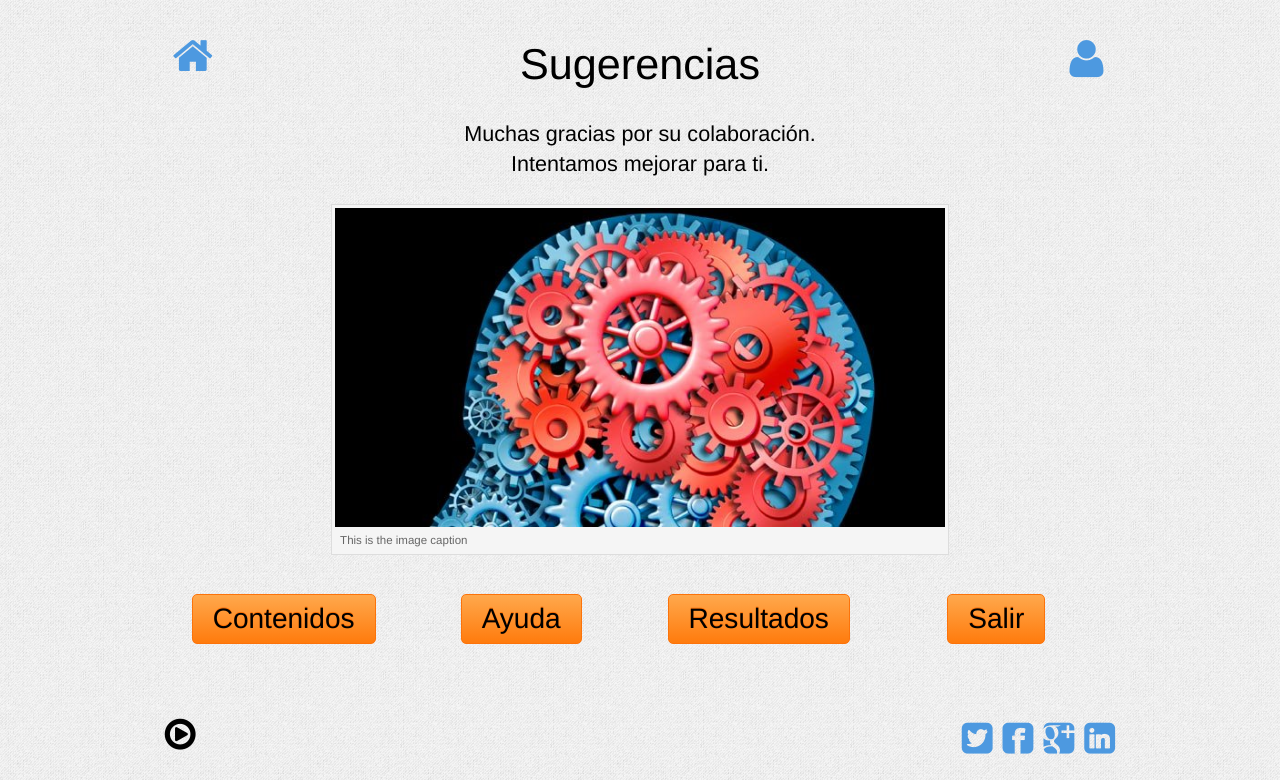
Repository: SCeruso/RememberMe
Page: enviosugerencia.html
The author's editor kept a record of every edit. The page is drawn from the files as they stood at one moment, then again after the next edit.
The browser window is 1280 px wide. The pictures show the whole page.
Some web libraries are served in a nearby version.

Above is the page before.

### enviosugerencia.html
<!DOCTYPE html>
<html>
<head>
	<!-- META -->
	<title>HTML KickStart Elements</title>
	<meta charset="UTF-8">
	<meta name="viewport" content="width=device-width, initial-scale=1.0"/>
	<meta name="description" content="" />

	<!-- CSS -->
	<link rel="stylesheet" type="text/css" href="css/kickstart.css" media="all" />
	<link rel="stylesheet" type="text/css" href="style.css" media="all" />

	<!-- Javascript -->
	<script type="text/javascript" src="https://ajax.googleapis.com/ajax/libs/jquery/1.9.1/jquery.min.js"></script>
	<script type="text/javascript" src="js/kickstart.js"></script>
</head>
<body>
	<a name ="contenido.html#inicio">
	<div class="grid">
	<div class="col_12">
        <div class="col_2">
        <h2 class="left">
                <a href="juegosde.html">
                    <i class="icon-home pull-left"></i>
                </a>
        </div>
        </h2>
        <div class="col_8">
        <h2 class="center">
               <p>Sugerencias</p>
        </h2></div>
        <h2>
        		<a href = "perfil.html">
               <i class="icon-user icon-border pull-right" title="Mi perfil"></i>
		</a>
		</h2>
		<br>
    </div>


	<h5 class="center">
			Muchas gracias por su colaboración.
			<br />
			Intentamos mejorar para ti.
			<br />
	</h5>

	<div class="col_12">
	    <div class="col_2"></div>
	    <div class="col_8">
	    <img class="caption" title="This is the image caption" src="imagenes/cerebro3.jpg" width="50" height="50" />
	    </div>
	</div>
	<div class="col_12">
        <div class="col_3">
            <h5 style="margin-bottom:40px;" class="center">
                <a class="large button orange" href="contenido.html"><font color="black">Contenidos</font></a>
            </h5>
        </div>
        <div class="col_3">
            <h5 style="margin-bottom:40px;" class="center">
                <a class="large button orange" href="registrarse.html"><font color="black">Ayuda</font></a>
            </h5>
        </div>
        <div class="col_3">
            <h5 style="margin-bottom:40px;" class="center">
                <a class="large button orange" href="registrarse.html"><font color="black">Resultados</font></a>
            </h5>
        </div>
        <div class="col_3">
            <h5 style="margin-bottom:40px;" class="center">
                <a class="large button orange" href="bienvenido.html"><font color="black">Salir</font></a>
            </h5>
        </div>
    </div>
	<div class="col_12">
        <h3 class="right">
            <a href = "http://www.twitter.com" target = "blank"><i class="icon-twitter-sign"></i></a>
            <a href = "http://www.facebook.com" target = "blank"><i class="icon-facebook-sign"></i></a>
            <a href = "http://www.google.com" target = "blank"><i class="icon-google-plus-sign"></i></a>
            <a href = "http://www.linkedin.com" target = "blank"><i class="icon-linkedin-sign"></i></a>
            <i class=" icon-play-circle pull-left"></i>
        </h3>
    </div>
</body>

### style.css
/*
	99Lime.com HTML KickStart by Joshua Gatcke
	style.css

*/

/*---------------------------------
	IMPORTS
-----------------------------------*/
@import url(http://fonts.googleapis.com/css?family=Arimo:400,700);

/*---------------------------------
	OVERRIDES
-----------------------------------*/
h1,h2,h3,h4,h5,h6{
font-family: "Arimo", arial, verdana, sans-serif;
font-weight:normal;
}

thead th,
tbody th{
font-family: "Arimo", arial, verdana, sans-serif;
}

button,
a.btn,
input[type="submit"],
input[type="reset"],
input[type="button"]{
font-family: "Arimo", arial, verdana, sans-serif;
}

.menu{
font-family: "Arimo", arial, verdana, sans-serif;
}

blockquote{
font-family: "Arimo", arial, verdana, sans-serif;
}

/*---------------------------------
	LAYOUT
-----------------------------------*/
body{
margin:0;
padding:0 0 0 0;
color:#000;
/*background-repeat:repeat;*/
background:#efefef url(css/img/gray_jean.png);
/*background-size:cover;*/
/*background-image:url(css/img/gray_jean.png);*/
font:normal 0.9em/150% 'Arimo', arial, verdana, sans-serif;
text-shadow: 0 0 1px transparent; /* google font pixelation fix */
}

#wrap{
width:100%;
background:#fff;
margin:30px auto 30px auto;
padding:0 2%;
border:1px solid #ccc;
}


#footer{
text-align:center;
padding:20px;
margin:0;
border-top:1px solid #ddd;
color:#999;
font-size:0.8em;
text-shadow:0px 1px 1px #fff;
position: relative;
top:0;
left:0;
background:#fff;
}

	#link-top{
	display:none;
	}

/* NAV BAR*/
.navbar{
position:fixed;
top:0;
left:0;
width: 100%;
background:#000;
color:#fff;
z-index:1000;
}

	.navbar #logo{
	position:absolute;
	top:0;
	right:0;
	padding:0.5em 1em;
	font-size: 1.7em;
	color:#efefef;
	text-decoration:none;
	}

	.navbar span{
	color:#86dc00;
	}


	.navbar ul{
	display:inline-block;
	margin:0;
	padding:0;
	}

		.navbar li{
		margin:0;
		padding:0;
		list-style-type:0;
		display:inline-block;
		}

		.navbar li a{
		display:inline-block;
		color:#efefef;
		padding:1em 1.3em;
		text-decoration:none;
		text-transform: uppercase;
		line-height:100%;
		font-size: 1.2em;
		}

.callout{
background:#4598ef;/*#86dc00;*/
padding:3em 0;
color:#fff;
box-shadow:inset 0 0 10px rgba(0,0,0,0.2);
text-align: center;
text-shadow:0px 1px 3px rgba(0,0,0,0.2);
display:block;
}
	.callout + div.grid{margin-top:50px;}
	 a.callout{cursor:pointer;}
	 .callout i.icon-4x{font-size:6em;}
	 .callout h4{margin-bottom:30px;}
	 .callout-top{margin:50px 0 0 0;}
	 .callout p{margin-bottom:0;}
	 .callout .button{margin-top:10px;}
	 .callout.green{background:#19ad0b;/*#86dc00;*/}

#mc_embed_signup{
padding:30px 0;
}

#ui-preview{
border:5px solid #ddd;
margin:30px 0;
display:block;
}

### css/kickstart-forms.css
/*---------------------------------
	FORMS
-----------------------------------*/
form{
padding:0;
margin:0;
}

fieldset{
margin:30px 0 20px 0;
padding:5px 15px 15px 15px;
border:1px solid #ccc;
background:#f5f5f5;
-moz-border-radius:5px;
-webkit-border-radius:5px;
border-radius:5px;
position: relative;
top:0;
left:0;
}

	legend{
	-moz-border-radius:5px;
	-webkit-border-radius:5px;
	border-radius:5px;
	border:1px solid #ccc;
	background:#f5f5f5;
	padding:2px 10px;
	margin:0 0 0 0;
	display:block;
	position: relative;
	top:0;
	left:0;
	}

	/*IE ONLY - I know, this is a stop gap*/
	.msie fieldset{padding-top:25px;}
	.msie legend{position:absolute;top:-0.7em;left:10px;}

label{
display:inline-block;
*display:inline;
vertical-align: middle;
margin:0;
padding:0;
position:relative;
top:0;
left:0;
zoom:1;
-moz-box-sizing: border-box;
-webkit-box-sizing: border-box;
box-sizing: border-box;
}

	label.inline{
	display:inline;
	margin:0;
	}

	label span{
	color:#999;
	font-size:0.9em;
	}

	label span.right{
	position:absolute;
	bottom:0;
	right:0;
	text-align:right;
	display:inline-block;
	*display:inline;
	}

	label.disabled{
	color:#ccc;
	}

input{
display:inline-block;
*display:inline;
vertical-align: middle;
width:auto;
zoom:1;
margin:0;
border:1px solid #ccc;
font-size:1em;
padding:5px 0;
text-indent: 5px;
-moz-border-radius:5px;
-webkit-border-radius:5px;
border-radius:5px;
background:#fff;
-moz-box-shadow:inset 0 0 6px #ccc;
-webkit-box-shadow:inset 0 1px 6px #ccc;
box-shadow:inset 0 1px 6px #ccc;
-moz-box-sizing: border-box;
-webkit-box-sizing: border-box;
box-sizing: border-box;
}

	input::-webkit-input-placeholder,
	input:-moz-placeholder,
	.placeholder{
	color:#bbb;
	}

	input::-moz-focus-inner {border:0;}

	input[disabled="disabled"], input.disabled{
	color:#999;
	background:#f5f5f5;
	-moz-box-shadow:inset 0 0 2px #ddd;
	-webkit-box-shadow:inset 0 1px 2px #ddd;
	box-shadow:inset 0 1px 2px #ddd;
	}

	/* FOCUS STATES */
	input[type="text"]:focus,
	textarea:focus,
	button:focus,
	a.button:focus,
	select:focus,
	input[type="file"]:focus,
	input[type="password"]:focus{
	-webkit-box-shadow: 0 0 7px #6DB9FF;
	-moz-box-shadow   : 0 0 7px #6DB9FF;
	box-shadow        : 0 0 7px #6DB9FF;
	border: 1px solid #50B1FE;
	outline: none;
	}

	/* TRANSITION */
	input[type="text"],
	textarea,
	button,
	a.button,
	a,
	input[type="file"]{
	-moz-transition: -moz-box-shadow 0.5s, border 0.5s, background 0.5s;
	-webkit-transition: -webkit-box-shadow 0.5s, border 0.5s, background 0.5s;
	-o-transition:  box-shadow 0.5s, border 0.5s, background 0.5s;
	transition: box-shadow 0.5s, border 0.5s, background 0.5s;
	}

input.checkbox,
input[type="checkbox"]{
display:inline;
width:auto;
margin:0;
padding:0;
border:0;
background:none;
vertical-align:center;
*vertical-align: top;
}

input.radio,
input[type="radio"]{
display:inline;
width:auto;
margin:0;
padding:0;
border:0;
background:none;
vertical-align:center;
*vertical-align: top;
}

	input[type="radio"]:focus,
	input[ type="checkbox"]:focus{
	-webkit-box-shadow: 0 0 5px #6DB9FF;
	-moz-box-shadow   : 0 0 5px #6DB9FF;
	box-shadow        : 0 0 5px #6DB9FF;
	outline-color: #6DB9FF;
	}

input.file,
input[type="file"]{
/*font-size:0.8em;*/
-moz-box-shadow:none;
-webkit-box-shadow:none;
box-shadow:none;
border:none;
}

select{
display:inline;
width:auto;
margin:0;
border:1px solid #ccc;
line-height:100%;
padding:3px;
vertical-align: middle;
}

        select[disabled="disabled"], select.disabled{
        color:#999;
        background:#f5f5f5;
        -moz-box-shadow:inset 0 0 2px #ddd;
        -webkit-box-shadow:inset 0 1px 2px #ddd;
        box-shadow:inset 0 1px 2px #ddd;
        }

textarea{
width:auto;
height:200px;
margin:0;
border:1px solid #ccc;
padding:5px;
vertical-align: middle;
font-family:inherit;
font-size:0.9em;
-moz-border-radius:5px;
-webkit-border-radius:5px;
border-radius:5px;
-moz-box-shadow:inset 0 0 6px #ccc;
-webkit-box-shadow:inset 0 1px 6px #ccc;
box-shadow:inset 0 1px 6px #ccc;
-moz-box-sizing: border-box;
-webkit-box-sizing: border-box;
box-sizing: border-box;
}

/*---------------------------------
	COLUMN SIZES
-----------------------------------*/

/* sizes */
input[class*="col_"],
select[class*="col_"],
label[class*="col_"]{
float:none;display:inline-block;*display:inline;margin-bottom:0;
*margin-left: 0.5%;*margin-right: 0.5%;/* this is for IE 7 Only and is not a good fix - work needed here */
}

/*---------------------------------
	FORMS VERTICAL
-----------------------------------*/
form.vertical{

}

	form.vertical label{display:block;}
	form.vertical input,
	form.vertical select,
	form.vertical textarea{width:100%;display:block;margin-bottom:10px;}
	form.vertical .chzn-container{display:block;margin-bottom:10px;}
	form.vertical .chzn-choices{display:block;margin-bottom:10px;}

	/* radios & checks */
	form.vertical input.checkbox,
	form.vertical input[type="checkbox"],
	form.vertical input.radio,
	form.vertical input[type="radio"],
	form.vertical label.inline{display:inline;width:auto;margin:0;}
/*---------------------------------
	FORM VALIDATION
-----------------------------------*/
label.error{color:red;}
input.error{border:1px solid red;}
select.error{border:1px solid red;}

/*---------------------------------
	NOTICES
-----------------------------------*/
.notice{
border:1px solid gold;
background:lightyellow;
padding:10px 20px 10px 40px;
margin:10px 0;
-moz-border-radius:5px;
-webkit-border-radius:5px;
border-radius:5px;
color:#DEAE00;
line-height:120%;
vertical-align: center;
text-shadow:0px 1px rgba(255,255,255,0.5);
position:relative;
top:0;
left:0;
clear:both;
}

	.notice.warning{}/*default*/
	.notice.error{border:1px solid red;background:pink;color:red;}
	.notice.success{border:1px solid green;background:lightgreen;color:green;}
	.notice i[class^='icon-']{position:absolute;top:50%;left:0.8em;margin-top:-0.6em;}
	.notice a[class^='icon-remove'],
	.notice a[class^='icon-remove']:active,
	.notice a[class^='icon-remove']:visited{font-size:12px;position:absolute;top:5px;right:5px;left:auto;color:inherit;margin-top:0;left:auto;}

### css/kickstart-grid.css
/*
	99Lime.com HTML KickStart by Joshua Gatcke
	kickstart-grids.css

	DO NOT EDIT THIS FILE unless you know what you are doing.
*/
/*---------------------------------
	GRID/COLUMNS
-----------------------------------
	tinyfluidgrid.com
	& girlfriendnyc.com
	with changes by 99Lime
-----------------------------------*/
 /*
 & Columns : 12
 & Gutter %: 20%
 & MaxWidth: 1280px
 */

.grid{
max-width:1220px;
margin:0 auto;
padding:0 2em;
}

.grid.flex{
width:100%;
max-width:100%;
padding:0 2%;
padding:2em;
}

.row{
display:block;
overflow:hidden;
clear:both;
}

*[class*="col_"].alpha{margin-left:0;}
*[class*="col_"].omega{margin-right:0;}

.col_1  { width: 6.6666666666667%; }
.col_2  { width: 15%; }
.col_3  { width: 23.333333333333%; }
.col_4  { width: 31.666666666667%; }
.col_5  { width: 40%; }
.col_6  { width: 48.333333333333%; }
.col_7  { width: 56.666666666667%; }
.col_8  { width: 65%; }
.col_9  { width: 73.333333333333%; }
.col_10 { width: 81.666666666667%; }
.col_11 { width: 90%; }
.col_12 { width: 98.333333333333%; }

*[class*="col_"]{
margin-left: 0.83333333333333%;
margin-right: 0.83333333333333%;
margin-top:0.5em;
margin-bottom:0.5em;
float: left;
display: block;
}

.grid img{
max-width: 100%;
height:auto;
}

.clear{clear:both;display:block;overflow:hidden;visibility:hidden;width:0;height:0}
.clearfix:after{clear:both;content:' ';display:block;font-size:0;line-height:0;visibility:hidden;width:0;height:0}
* html .clearfix, *:first-child+html .clearfix{zoom:1}

/* Viewable Grids
	To view your grids, add the class .visible to any grid container.
	This will add a background color so you can see the layout of your grids.
*/
*[class*="col_"].visible{
background:#eee;
border:1px dotted #ccc;
}


/*---------------------------------
	Responsive Grid Media Queries - 1280, 1024, 768, 480
	1280-1024 	- desktop (default grid)
	1024-768 	- tablet landscape
	768-480 	- tablet
	480-less 	- phone landscape & smaller
-----------------------------------*/
@media all and (min-width: 1024px) and (max-width: 1280px) {

	.grid *[class*="col_"]{}
	.grid{max-width: 1024px;}
	.show-desktop	{display:block;}
	.hide-desktop	{display:none;}
	.show-tablet	{display:none;}
	.hide-tablet	{display:block;}
	.show-phone		{display:none;}
	.hide-phone		{display:block;}

}

@media all and (min-width: 768px) and (max-width: 1024px) {

	.grid *[class*="col_"]{}
	.grid{max-width: 768px;}
	.show-desktop	{display:none;}
	.hide-desktop	{display:block;}
	.show-tablet	{display:block;}
	.hide-tablet	{display:none;}
	.show-phone		{display:none;}
	.hide-phone		{display:block;}

}


@media all and (min-width: 480px) and (max-width: 768px) {

	.grid *[class*="col_"]{
	float:none;
	width:auto;
	clear:both;
	display:block;
	}

	/* columns inside of columns */
	.grid *[class*="col_"] [class*="col_"]{
	margin-left:0;
	margin-right:0;
	width:100%;
	}

	.grid{max-width: 480px;}
	.show-desktop	{display:none;}
	.hide-desktop	{display:block;}
	.show-tablet	{display:block;}
	.hide-tablet	{display:none;}
	.show-phone		{display:none;}
	.hide-phone		{display:block;}

}

@media all and (max-width: 480px) {

	.grid *[class*="col_"]{
	float:none;
	width:auto;
	clear:both;
	display:block;
	}

	/* columns inside of columns */
	.grid *[class*="col_"] [class*="col_"]{
	margin-left:0;
	margin-right:0;
	width:100%;
	}

	.grid{max-width: 100%;/*320*/}
	.show-desktop	{display:none;}
	.hide-desktop	{display:block;}
	.show-tablet	{display:none;}
	.hide-tablet	{display:block;}
	.show-phone		{display:block;}
	.hide-phone		{display:none;}

}

### css/kickstart-slideshow.css
/*---------------------------------
	SLIDESHOW2 - Slight Fixes for the slideshow layout *needs work
-----------------------------------*/

	.slideshow{
	clear:both;
	margin:0;
	padding:0;
	width:auto;
	height:auto;
	overflow:hidden;
	}

		.slideshow li{
		list-style-type:none;
		margin:0;
		padding:0;
		float:left;
		display:block;
		}

/**
 * BxSlider v4.0 - Fully loaded, responsive content slider
 * http://bxslider.com
 *
 * Written by: Steven Wanderski, 2012
 * http://stevenwanderski.com
 * (while drinking Belgian ales and listening to jazz)
 *
 * CEO and founder of bxCreative, LTD
 * http://bxcreative.com
 */


/** RESET AND LAYOUT
===================================*/
.bx-wrapper, .bx-wrapper *{
	-webkit-box-sizing: content-box; /* Safari/Chrome, other WebKit */
  	-moz-box-sizing: content-box;    /* Firefox, other Gecko */
  	box-sizing: content-box;         /* Opera/IE 8+ */
}

.bx-wrapper {
	position: relative;
	margin: 0 0 60px;
	padding: 0;
	*zoom: 1;
}

.bx-wrapper img {
	width: 100%;
	display: block;
}

/** THEME
===================================*/

.bx-wrapper .bx-viewport {
	-moz-box-shadow: 0 0 5px #ccc;
	-webkit-box-shadow: 0 0 5px #ccc;
	box-shadow: 0 0 5px #ccc;
	border: solid #fff 5px;
	left: 0;
	background: #fff;
}

.bx-wrapper .bx-pager,
.bx-wrapper .bx-controls-auto {
	position: absolute;
	bottom: -30px;
	width: 100%;
}

/* LOADER */

.bx-wrapper .bx-loading {
	min-height: 50px;
	background: url(img/bx_loader.gif) center center no-repeat #fff;
	height: 100%;
	width: 100%;
	position: absolute;
	top: 0;
	left: 0;
	z-index: 2000;
}

/* PAGER */

.bx-wrapper .bx-pager {
	text-align: center;
	font-size: .85em;
	font-family: Arial;
	font-weight: bold;
	color: #666;
	padding-top: 20px;
}

.bx-wrapper .bx-pager .bx-pager-item,
.bx-wrapper .bx-controls-auto .bx-controls-auto-item {
	display: inline-block;
	*zoom: 1;
	*display: inline;
}

.bx-wrapper .bx-pager.bx-default-pager a {
	background: #666;
	text-indent: -9999px;
	display: block;
	width: 10px;
	height: 10px;
	margin: 0 5px;
	outline: 0;
	-moz-border-radius: 5px;
	-webkit-border-radius: 5px;
	border-radius: 5px;
}

.bx-wrapper .bx-pager.bx-default-pager a:hover,
.bx-wrapper .bx-pager.bx-default-pager a.active {
	background: #000;
}

/* DIRECTION CONTROLS (NEXT / PREV) */

.bx-wrapper .bx-prev {
	left: 10px;
	background: url(img/controls.png) no-repeat 0 -32px;
}

.bx-wrapper .bx-next {
	right: 10px;
	background: url(img/controls.png) no-repeat -43px -32px;
}

.bx-wrapper .bx-prev:hover {
	background-position: 0 0;
}

.bx-wrapper .bx-next:hover {
	background-position: -43px 0;
}

.bx-wrapper .bx-controls-direction a {
	position: absolute;
	top: 50%;
	margin-top: -16px;
	outline: 0;
	width: 32px;
	height: 32px;
	text-indent: -9999px;
	z-index: 9999;
}

.bx-wrapper .bx-controls-direction a.disabled {
	display: none;
}

/* AUTO CONTROLS (START / STOP) */

.bx-wrapper .bx-controls-auto {
	text-align: center;
}

.bx-wrapper .bx-controls-auto .bx-start {
	display: block;
	text-indent: -9999px;
	width: 10px;
	height: 11px;
	outline: 0;
	background: url(img/controls.png) -86px -11px no-repeat;
	margin: 0 3px;
}

.bx-wrapper .bx-controls-auto .bx-start:hover,
.bx-wrapper .bx-controls-auto .bx-start.active {
	background-position: -86px 0;
}

.bx-wrapper .bx-controls-auto .bx-stop {
	display: block;
	text-indent: -9999px;
	width: 9px;
	height: 11px;
	outline: 0;
	background: url(img/controls.png) -86px -44px no-repeat;
	margin: 0 3px;
}

.bx-wrapper .bx-controls-auto .bx-stop:hover,
.bx-wrapper .bx-controls-auto .bx-stop.active {
	background-position: -86px -33px;
}

/* PAGER WITH AUTO-CONTROLS HYBRID LAYOUT */

.bx-wrapper .bx-controls.bx-has-controls-auto.bx-has-pager .bx-pager {
	text-align: left;
	width: 80%;
}

.bx-wrapper .bx-controls.bx-has-controls-auto.bx-has-pager .bx-controls-auto {
	right: 0;
	width: 35px;
}

/* IMAGE CAPTIONS */

.bx-wrapper .bx-caption {
	position: absolute;
	bottom: 0;
	left: 0;
	background: #666\9;
	background: rgba(80, 80, 80, 0.75);
	width: 100%;
}

.bx-wrapper .bx-caption span {
	color: #fff;
	font-family: Arial;
	display: block;
	font-size: .85em;
	padding: 10px;
}

### css/tiptip.css
/*
	TipTip CSS - Version 1.2
	http://code.drewwilson.com/entry/tiptip-jquery-plugin
*/

#tiptip_holder { display: none; position: absolute; top: 0; left: 0; z-index: 99999; }
#tiptip_holder.tip_top { padding-bottom: 5px; }
#tiptip_holder.tip_bottom { padding-top: 5px; }
#tiptip_holder.tip_right { padding-left: 5px; }
#tiptip_holder.tip_left { padding-right: 5px; }

#tiptip_content {
font-size: 11px;
color: #fff;
text-shadow: 0 0 2px #000;
padding: 4px 8px;
border: 1px solid rgba(255,255,255,0.25);
background:#212121;
background-color: rgba(25,25,25,0.92);
background-image: -webkit-gradient(linear, 0% 0%, 0% 100%, from(transparent), to(#000));
-webkit-border-radius: 3px;
-moz-border-radius: 3px;
border-radius: 3px;
-webkit-box-shadow: 0 0 3px #555;
-moz-box-shadow: 0 0 3px #555;
box-shadow: 0 0 3px #555;
*background:#212121;
}

#tiptip_arrow, #tiptip_arrow_inner {
position: absolute;
border-color: transparent;
border-style: solid;
border-width: 6px;
height: 0;
width: 0;
}

#tiptip_holder.tip_top #tiptip_arrow {
border-top-color: #fff;
border-top-color: rgba(255,255,255,0.35);
}

#tiptip_holder.tip_bottom #tiptip_arrow {
border-bottom-color: #fff;
border-bottom-color: rgba(255,255,255,0.35);
}

#tiptip_holder.tip_right #tiptip_arrow {
border-right-color: #fff;
border-right-color: rgba(255,255,255,0.35);
}

#tiptip_holder.tip_left #tiptip_arrow {
border-left-color: #fff;
border-left-color: rgba(255,255,255,0.35);
}

#tiptip_holder.tip_top #tiptip_arrow_inner {
margin-top: -7px;
margin-left: -6px;
border-top-color: rgb(25,25,25);
border-top-color: rgba(25,25,25,0.92);
}

#tiptip_holder.tip_bottom #tiptip_arrow_inner {
margin-top: -5px;
margin-left: -6px;
border-bottom-color: rgb(25,25,25);
border-bottom-color: rgba(25,25,25,0.92);
}

#tiptip_holder.tip_right #tiptip_arrow_inner {
margin-top: -6px;
margin-left: -5px;
border-right-color: rgb(25,25,25);
border-right-color: rgba(25,25,25,0.92);
}

#tiptip_holder.tip_left #tiptip_arrow_inner {
margin-top: -6px;
margin-left: -7px;
border-left-color: rgb(25,25,25);
border-left-color: rgba(25,25,25,0.92);
}

/* Webkit Hacks  */
@media screen and (-webkit-min-device-pixel-ratio:0) {
	#tiptip_content {
		padding: 4px 8px 5px 8px;
		background-color: rgba(45,45,45,0.88);
	}
	#tiptip_holder.tip_bottom #tiptip_arrow_inner {
		border-bottom-color: rgba(45,45,45,0.88);
	}
	#tiptip_holder.tip_top #tiptip_arrow_inner {
		border-top-color: rgba(20,20,20,0.92);
	}
}

Loaded but not shown: css/jquery.fancybox-1.3.4.css (library); css/prettify.css (common file); css/fonts/fontawesome/css/font-awesome.min.css (library); js/kickstart.js (424 lines, source omitted); css/kickstart-buttons.css (369 lines, source omitted); css/kickstart.css (508 lines, source omitted); css/kickstart-menus.css (180 lines, source omitted)

After the next edit:
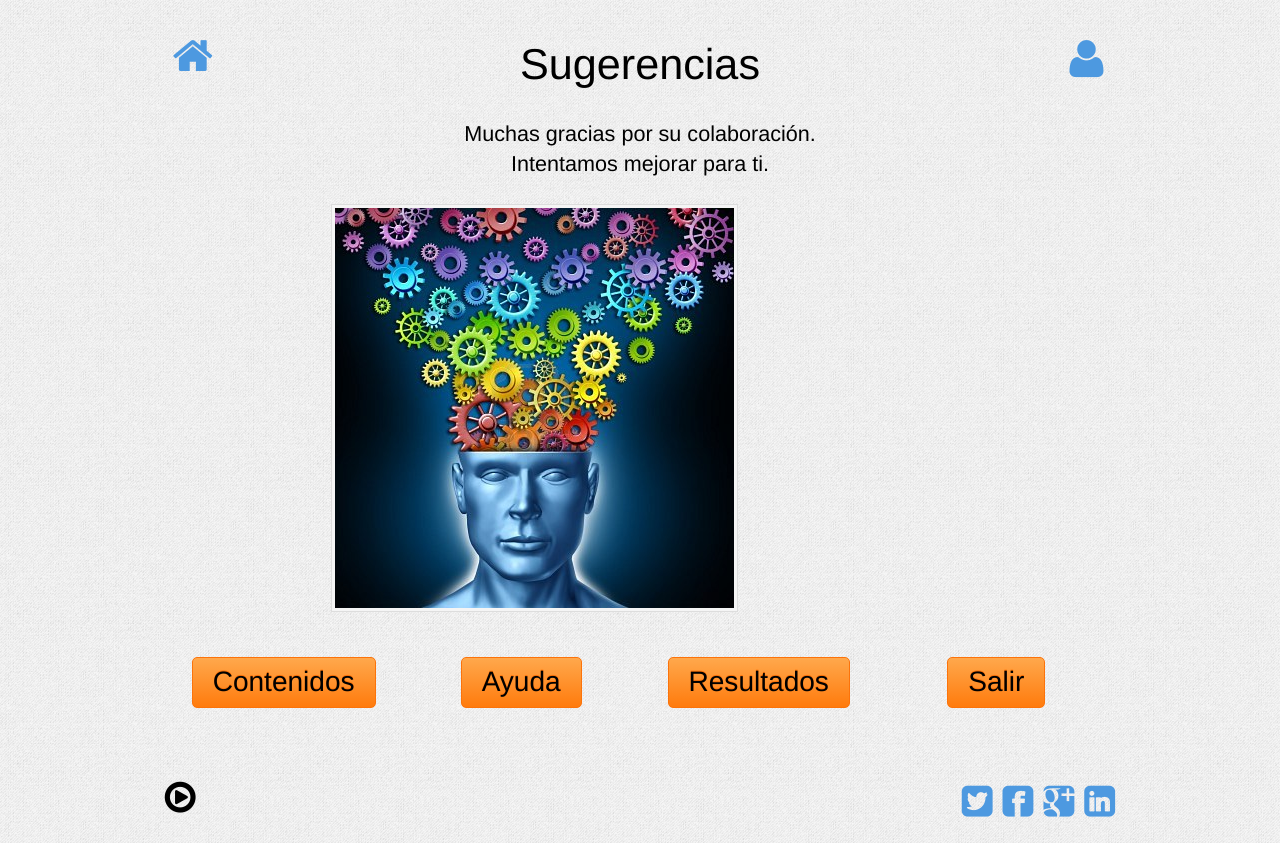
The edit:
--- a/enviosugerencia.html
+++ b/enviosugerencia.html
@@ -49,7 +49,7 @@
 	<div class="col_12">
 	    <div class="col_2"></div>
 	    <div class="col_8">
-	    <img class="caption" title="This is the image caption" src="imagenes/cerebro3.jpg" width="50" height="50" />
+	    <img class="caption" src="imagenes/cerebro4.jpg" width="50" height="50" />
 	    </div>
 	</div>
 	<div class="col_12">
